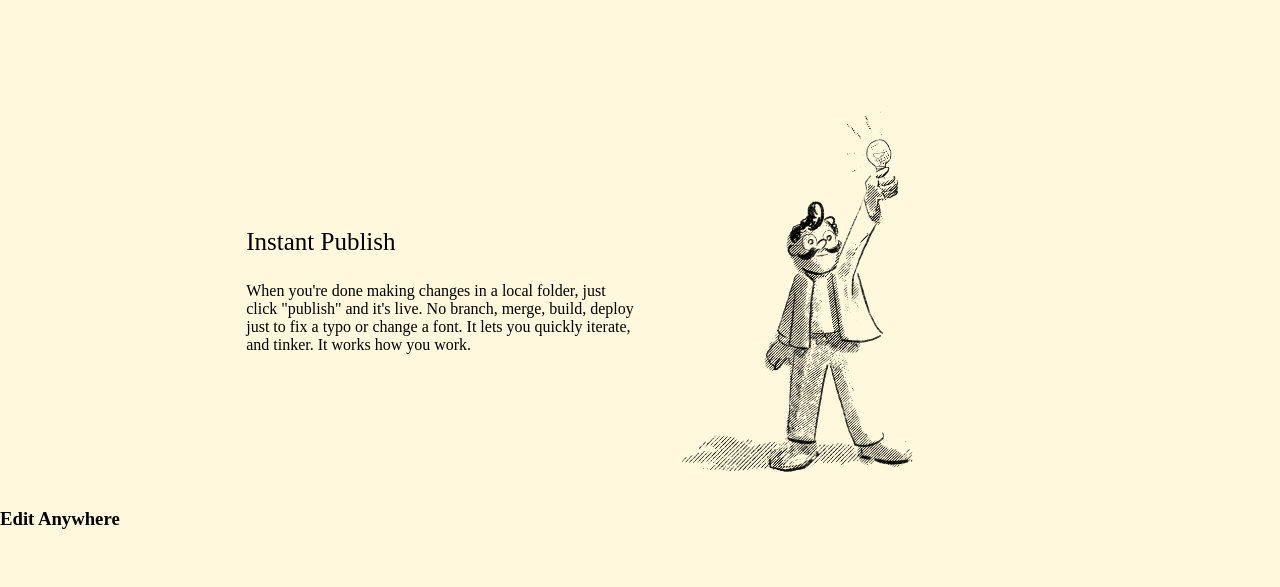
Repository: Pbemits/TEAMWORK-PROJECT-ONE
Page: index.html
The author's editor kept a copy of each file at every save. The page is drawn from the files as they stood at one save, then again after the next save.
The browser window is 1280 px wide. The pictures show the whole page.
Some web fonts or font styles are not loaded; a fallback is used.

Above is the page before, as saved 2023-09-01 23:06:58.

### index.html
<!DOCTYPE html>
<html lang="en">
<head>
    <meta charset="UTF-8">
    <meta name="viewport" content="width=device-width, initial-scale=1.0">
    <link rel="stylesheet" href="./assets/css/base.css">
    <link rel="stylesheet" href="./assets/css/main.css">
    <!-- ~: FONT: 'Noto Sans JP', sans-serif -->
    <link rel="preconnect" href="https://fonts.googleapis.com">
    <link rel="preconnect" href="https://fonts.gstatic.com" crossorigin>
    <link href="https://fonts.googleapis.com/css2?family=Noto+Sans+JP:wght@100;200;300;400;500;600&display=swap" rel="stylesheet">
    <!-- ~: FONT: 'PT Serif Caption', serif -->
    <link rel="preconnect" href="https://fonts.googleapis.com">
    <link rel="preconnect" href="https://fonts.gstatic.com" crossorigin>
    <link href="https://fonts.googleapis.com/css2?family=PT+Serif+Caption:ital@0;1&display=swap" rel="stylesheet">
    <title>TEAMWORK PROJECT ONE</title>
</head>
<body>
    <!-- TODO: HEADER MAIN -->
    <div id="header-main">

    </div>
    <!-- TODO: CONTENT MAIN -->
    <div id="content-main">
        <!-- CODE BY XUAN DAI -->
        <!-- CONTENT-SECTION-TWO -->
        <div class="content-section-two">

            <!-- WRAPPER ONE -->
            <div class="content-wrapper-element-one">
                <div class="wrapper-element-one">
                    <div class="wrapper-element-texts">
                        <div class="element-text-h3">
                            <h3>Instant Publish</h3>
                        </div>
                        <div class="element-texts-paragraph">
                            <p>When you're done making changes in a local folder, just<br> click "publish" and it's live. No branch, merge, build, deploy<br> just to fix a typo or change a font. It lets you quickly iterate,<br> and tinker. It works how you work.</p>
                        </div>
                    </div>
                </div>

                <div class="wrapper-element-two">
                    <div class="wrapper-element-image">
                        <div class="element-img">
                            <img src="./assets/image/ligter.png" alt="ÁNH SÁNG CỦA ĐẢNG VN">
                        </div>
                    </div>
                </div>
            </div>
            <!-- END WRAPPER ONE -->

            <!-- WRAPPER TWO -->
            <div class="content-wrapper-element-two">
                <div class="wrapper-element-one">
                    <div class="wrapper-element-texts">
                        <div class="element-text-h3">
                            <h3>Edit Anywhere</h3>
                        </div>
                        <div class="element-texts-paragraph"></div>
                    </div>
                </div>

                <div class="wrapper-element-two">
                    <div class="wrapper-element-image">
                        <div class="element-img"></div>
                    </div>
                </div>
            </div>
            <!--END WRAPPER TWO -->

            <!-- WRAPPER THREE -->
            <div class="content-wrapper-element-three">
                <div class="wrapper-element-one">
                    <div class="wrapper-element-texts">
                        <div class="element-text-h3"></div>
                        <div class="element-texts-paragraph"></div>
                    </div>
                </div>

                <div class="wrapper-element-two">
                    <div class="wrapper-element-image">
                        <div class="element-img"></div>
                    </div>
                </div>
            </div>
            <!-- END WRAPPER THREE -->

        </div>
        <!-- END CONTENT-SECTION-TWO -->
        <!-- END CODE BY XUAN DAI -->
    </div>
    <!-- TODO: FOOTER MAIN -->
    <div id="footer-main">

    </div>
</body>
</html>

### assets/css/base.css
* {
    margin: 0;
    padding: 0;
    box-sizing: border-box;
}
body {
    background-color: #fff8dc;
    font-family: 'Noto Sans JP', sans-serif;
    font-family: 'PT Serif Caption', serif;
}

:root {
    --color-texts: #161616;
}

### assets/css/main.css
.content-wrapper-element-one {
    display: flex;
    align-items: center;
    justify-content: center;
    margin-top: 100px;
}

.content-wrapper-element-one .wrapper-element-texts .element-text-h3 h3 {
    font-size: 25px;
    font-weight: 400;
}

.content-wrapper-element-one .wrapper-element-texts .element-texts-paragraph {
    margin: 26px 0;
}

.content-wrapper-element-one .element-img {
    width: 100%;
}

.content-wrapper-element-one .element-img img {
    width: 400px;
}

After the next save:
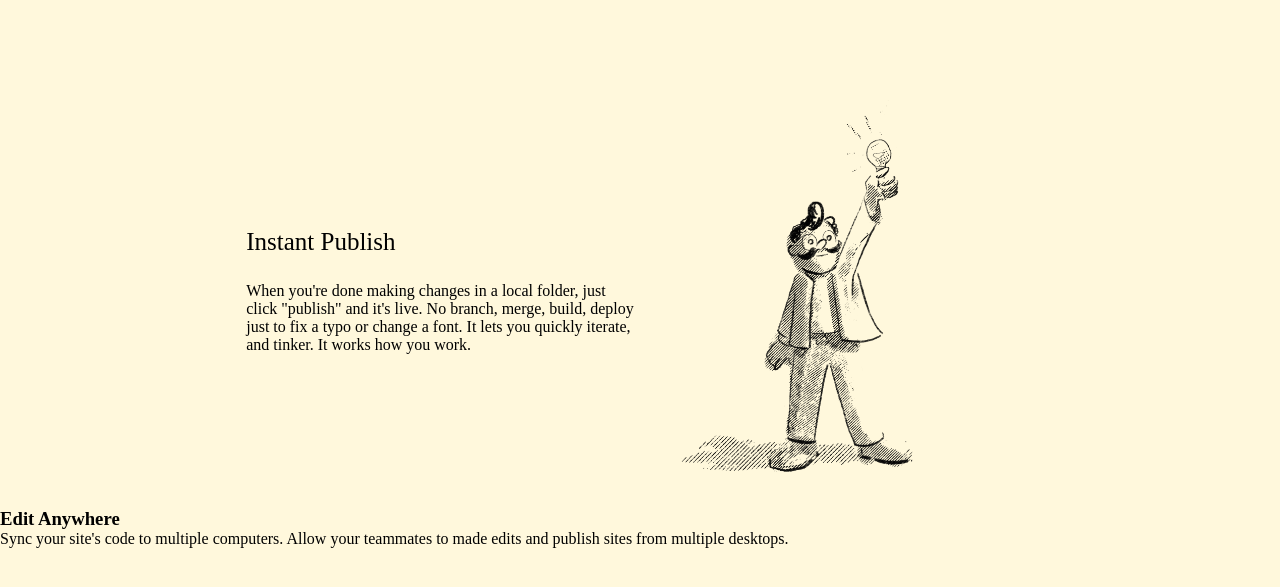
Saved 15 s later.
--- a/index.html
+++ b/index.html
@@ -56,7 +56,9 @@
                         <div class="element-text-h3">
                             <h3>Edit Anywhere</h3>
                         </div>
-                        <div class="element-texts-paragraph"></div>
+                        <div class="element-texts-paragraph">
+                            <p>Sync your site's code to multiple computers. Allow your teammates to made edits and publish sites from multiple desktops.</p>
+                        </div>
                     </div>
                 </div>
 
